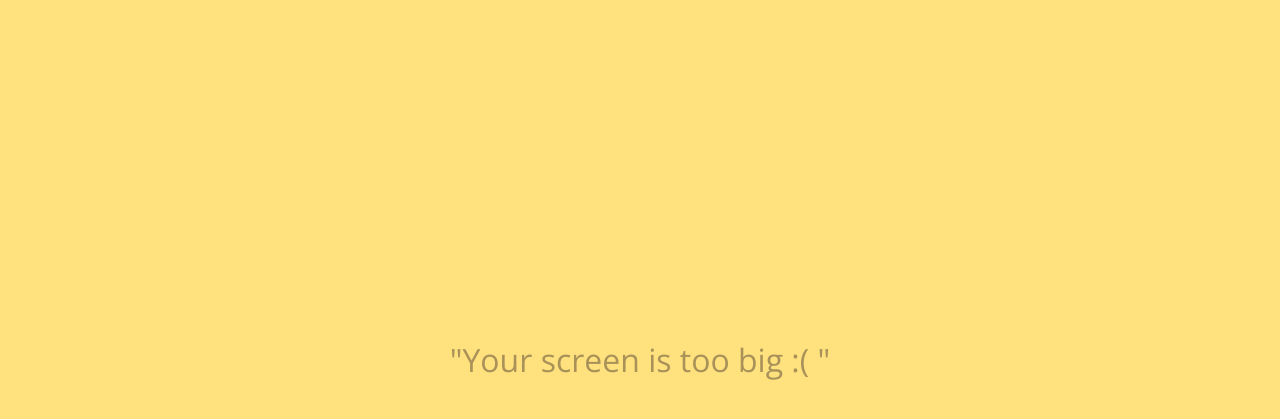
Repository: MIJI-H/kokoa-clone-2020
Page: index.html
These files come from the project's save history. The page is drawn as it stood at one moment and after the next save; the edit follows.
The browser window is 1280 px wide. The pictures show the whole page.
Some web libraries are served in a nearby version.

Above is the page before, as saved 2023-08-06 10:44:56.

After the next save:
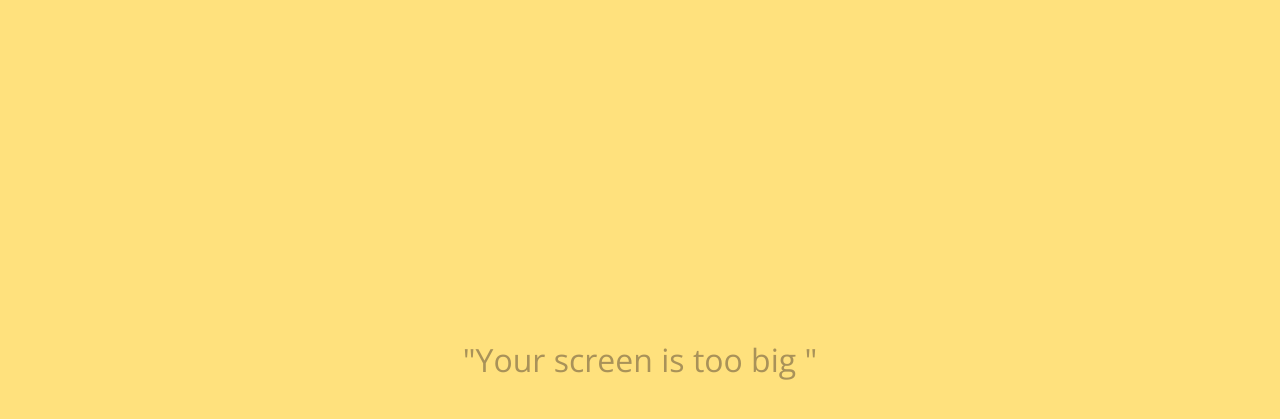
Saved 91 s later.
--- a/index.html
+++ b/index.html
@@ -36,7 +36,7 @@
       <a href="#">Find Kokoa Account or Passoword</a>
     </form>
     <div id="no-mobile">
-      <span>"Your screen is too big :( "</span>
+      <span>"Your screen is too big "</span>
     </div>
 
     <script
